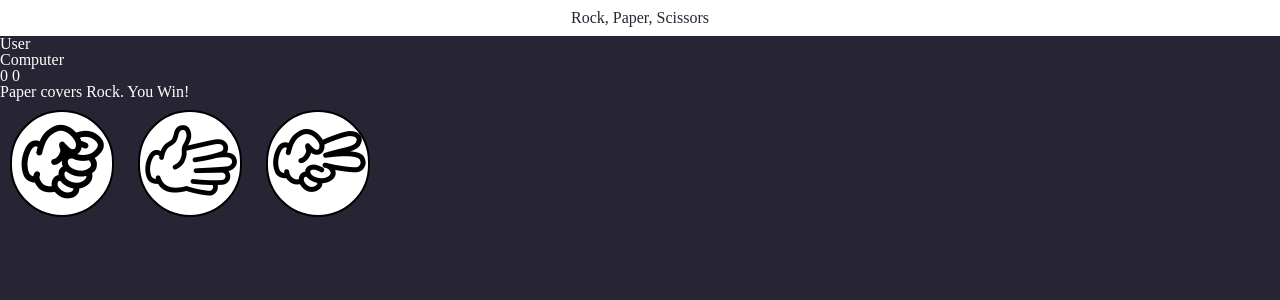
Repository: AndersonGuilherme/rock-paper-scissor-game-javascript
Page: index.html
These files come from the project's save history. The page is drawn as it stood at one moment and after a run of saves; the edit follows.
The browser window is 1280 px wide. The pictures show the whole page.

Above is the page before, as saved 2019-01-12 22:52:55.

### index.html
<!DOCTYPE html>
<html lang="en">
  <head>
    <meta charset="UTF-8" />
    <meta name="viewport" content="width=device-width, initial-scale=1.0" />
    <meta http-equiv="X-UA-Compatible" content="ie=edge" />
    <title>Rocket.io</title>
    <link rel="stylesheet" href="./src/public/css/reset.css" />
    <link rel="stylesheet" href="./src/public/css/style.css" />
  </head>
  <body>
    <header id="header"><h1>Rock, Paper, Scissors</h1></header>
    <div class="score-board">
      <div id="user-label" class="badge">User</div>
      <div id="computer-label" class="badge">Computer</div>
      <span id="user-score">0</span> <span id="computer-score">0</span>
    </div>
    <div class="result"><h1>Paper covers Rock. You Win!</h1></div>
    <div class="choices">
      <div class="choice"><img src="./src/public/images/rock.png" alt="" /></div>
      <div class="choice"><img src="./src/public/images/paper.png" alt="" /></div>
      <div class="choice"><img src="./src/public/images/scissor.png" alt="" /></div>
    </div>
  </body>
</html>

### src/public/css/style.css
body{
    background-color: #272433;
    color: #fff;
}

#header{
    background-color: #fff;
    color: #272433;
    text-align: center;
    padding: 10px;
}

#choices{
    display: inline;
}

.choice{
    display: inline-block;
    border: 2px solid #000;
    border-radius: 100px;
    text-align: center;
    max-width: 110px;
    background-color: #fff;
    margin: 10px
}

.choice>img{
    max-height: 100px;

Loaded but not shown: src/public/css/reset.css (common file)

After the next 6 saves:
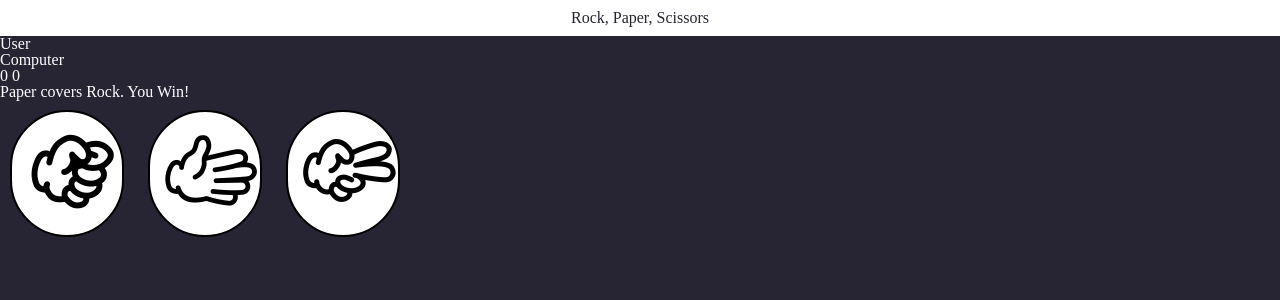
The 6 saves are shown as one change because they came seconds apart.
The last was saved 14 s later.
--- a/src/public/css/style.css
+++ b/src/public/css/style.css
@@ -26,3 +26,5 @@ body{
 
 .choice>img{
     max-height: 100px;
+    padding: 10px;
+}
